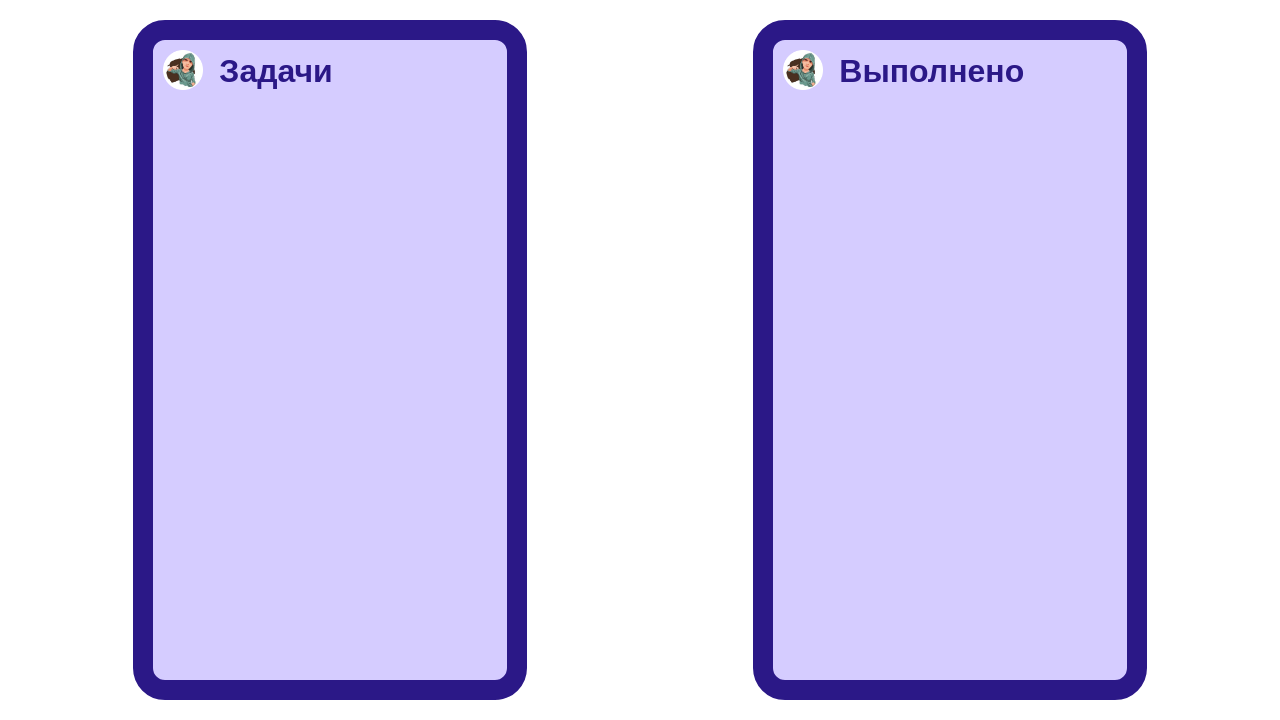
Repository: VitasYo/Kanban
Page: index.html
The author's editor kept a copy of each file at every save. The page is drawn from the files as they stood at one save, then again after a run of saves.
The browser window is 1280 px wide. The pictures show the whole page.

Above is the page before, as saved 2024-04-14 22:04:57.

After the next 2 saves:
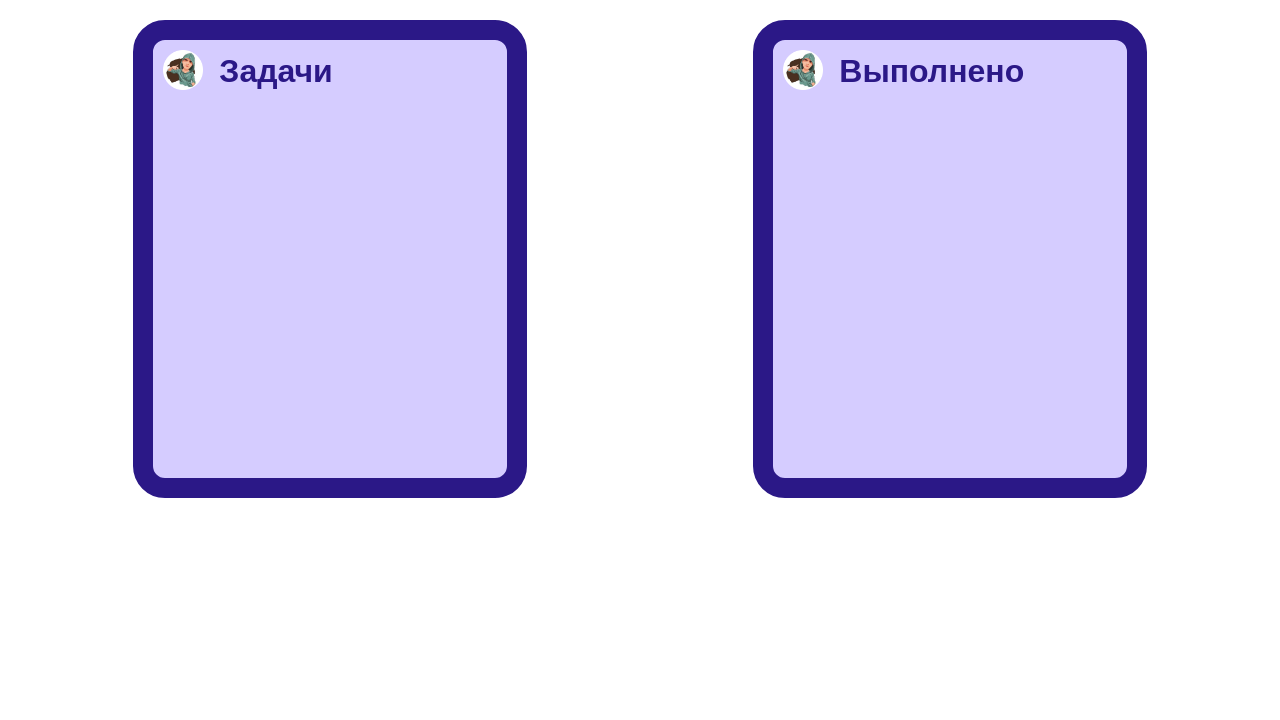
The 2 saves are shown as one change because they came seconds apart.
The last was saved 16 s later.
--- a/src/assets/css/component/_kanban.css
+++ b/src/assets/css/component/_kanban.css
@@ -1,7 +1,6 @@
 .kanban {
     display: flex;
     flex-wrap: wrap;
-    height: 478px;
     padding: 20px;
     justify-content: space-around;
     flex-grow: 1;
@@ -10,6 +9,7 @@
 .kanban__column {
     flex: 0 0 100%;
     background-color: #D5CCFF;
+    height: 478px;
     border-radius: 32px;
     border: 20px solid #2B1887;
     padding: 10px;
